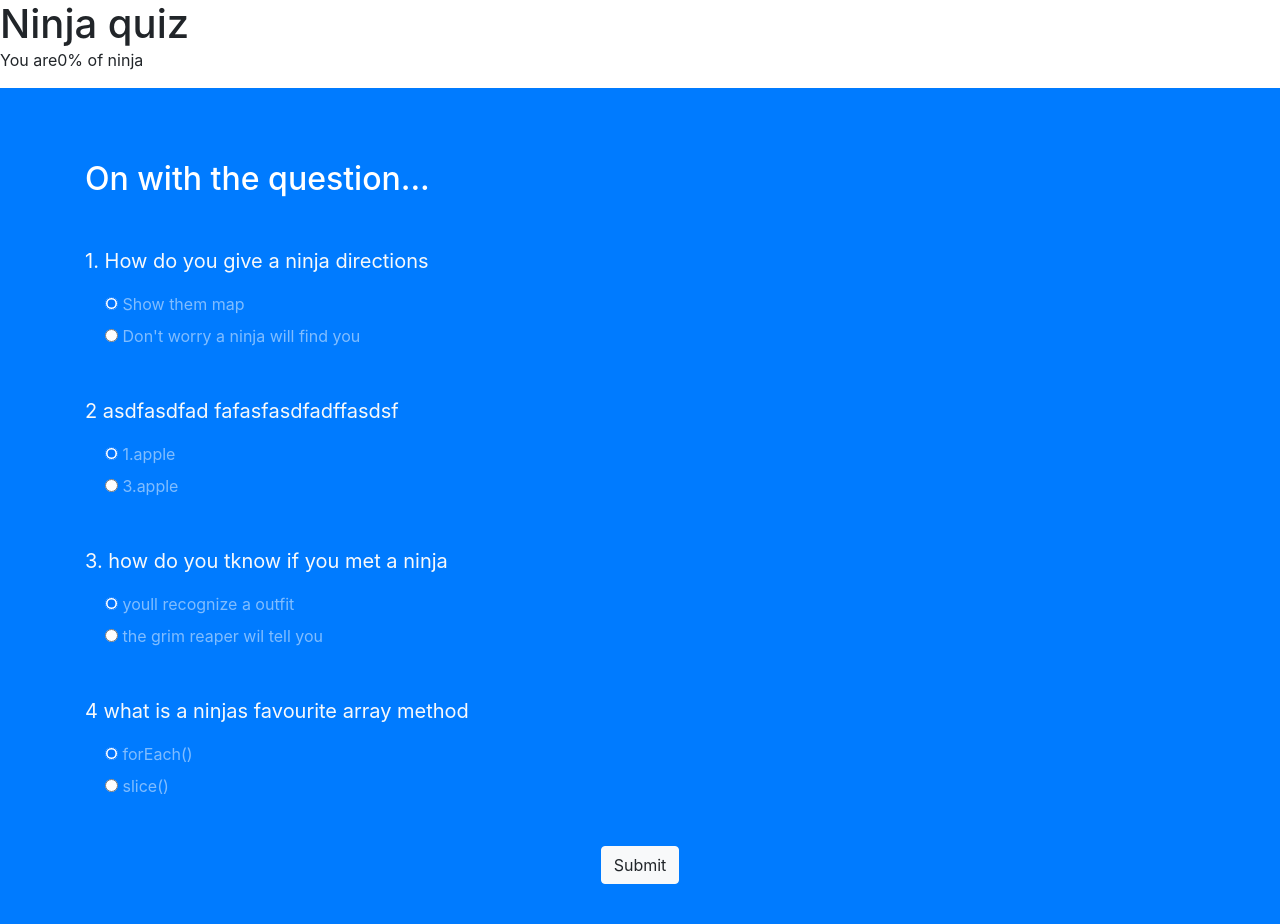
Repository: ajgors/config
Page: Nauka Js/Projekty/Quiz/index.html
An editor plug-in stored every save of this project. The page is shown before and after the next save, followed by the edit.
The browser window is 1280 px wide. The pictures show the whole page.

Above is the page before, as saved 2019-08-11 18:12:22.

### Nauka Js/Projekty/Quiz/index.html
<!DOCTYPE html>
<html lang="en">

<head>
    <meta charset="UTF-8">
    <meta name="viewport" content="width=device-width, initial-scale=1.0">
    <meta http-equiv="X-UA-Compatible" content="ie=edge">
    <title>Document</title>
    <link rel="stylesheet" href="https://stackpath.bootstrapcdn.com/bootstrap/4.3.1/css/bootstrap.min.css"
        integrity="sha384-ggOyR0iXCbMQv3Xipma34MD+dH/1fQ784/j6cY/iJTQUOhcWr7x9JvoRxT2MZw1T" crossorigin="anonymous">
        <link rel="stylesheet" href="css.css">
</head>

<body>
    <!-- Header -->
    <!-- <div class="intro py-3 bg-white text-center">
        <div class="container">
            <h2 class="text-primary display-3 my-4">Ninja Quiz</h2>
        </div>
    </div> -->

    <header class="header">
        <h1 class="header__title">Ninja quiz</h1>
    </header>

    <!-- Result -->
    <!-- <div class="result py-4 d-none bg-light text-center">
        <div class="container lead">
            <p>You are <span class="text-primary display-4 p-3">0%</span>Ninja</p>
        </div>
    </div> -->

    <div class="result">
        <p>You are<span>0%</span> of ninja</p>
    </div>

    <!-- Form -->
    <div class="quiz py-4 bg-primary">
        <div class="container">
            <h2 class="my-5 text-white">On with the question...</h2>
            <form action="" class="quiz-form text-light">
                <div class="my-5">
                    <p class="lead font-weight-normal">1. How do you give a ninja directions</p>
                    <div class="form-check my-2 text-white-50">
                        <input type="radio" name='q1' value='A' checked>
                        <label for="" class="form-check-label">Show them map</label>
                    </div>
                    <div class="form-check my-2 text-white-50">
                        <input type="radio" name='q1' value='B'>
                        <label for="" class="form-check-label">Don't worry a ninja will find you</label>
                    </div>
                </div>
                <div class="my-5">
                    <p class="lead font-weight-normal">2 asdfasdfad fafasfasdfadffasdsf</p>
                    <div class="form-check my-2 text-white-50">
                        <input type="radio" name='q2' value='A' checked>
                        <label for="" class="form-check-label">1.apple</label>
                    </div>
                    <div class="form-check my-2 text-white-50">
                        <input type="radio" name='q2' value='B'>
                        <label for="" class="form-check-label">3.apple</label>
                    </div>
                </div>
                <div class="my-5">
                    <p class="lead font-weight-normal">3. how do you tknow if you met a ninja</p>
                    <div class="form-check my-2 text-white-50">
                        <input type="radio" name='q3' value='A' checked>
                        <label for="" class="form-check-label">youll recognize a outfit</label>
                    </div>
                    <div class="form-check my-2 text-white-50">
                        <input type="radio" name='q3' value='B'>
                        <label for="" class="form-check-label">the grim reaper wil tell you</label>
                    </div>
                </div>
                <div class="my-5">
                    <p class="lead font-weight-normal">4 what is a ninjas favourite array method</p>
                    <div class="form-check my-2 text-white-50">
                        <input type="radio" name='q4' value='A' checked>
                        <label for="" class="form-check-label">forEach()</label>
                    </div>
                    <div class="form-check my-2 text-white-50">
                        <input type="radio" name='q4' value='B'>
                        <label for="" class="form-check-label">slice()</label>
                    </div>
                </div>
                <div class="text-center">
                    <input type="submit" class='btn btn-light'>
                </div>
            </form>
        </div>


        <div class="xd">
            <p class="xd"></p>
        </div>
    </div>

    <script src="js.js"></script>
</body>

</html>

### Nauka Js/Projekty/Quiz/css.css
.header__title{
    margin: auto auto;
}

### Nauka Js/Projekty/Quiz/js.js




const form = document.querySelector('.quiz-form');
const result = document.querySelector('.result');
const correctAnswers = ['B','B','B','B'];
const spanResult = document.querySelector('span');

form.addEventListener('submit', e=>{
    e.preventDefault();

    //check answer
    let score = 0;
    const userAnswers = [form.q1.value, form.q2.value, form.q3.value, form.q4.value];

    userAnswers.forEach((answer, index) =>{
        if(answer === correctAnswers[index]){
            score += 25;
        }
    });

    scrollTo(0,0)
    result.classList.remove('d-none');
    // spanResult.textContent = `${score}%`

    let output = 0;
    const timer = setInterval(()=>{
        spanResult.textContent = `${output}%`
        if(output === score){
            clearInterval(timer);
        } else {
            output++;
        }
    })


})

After the next save:
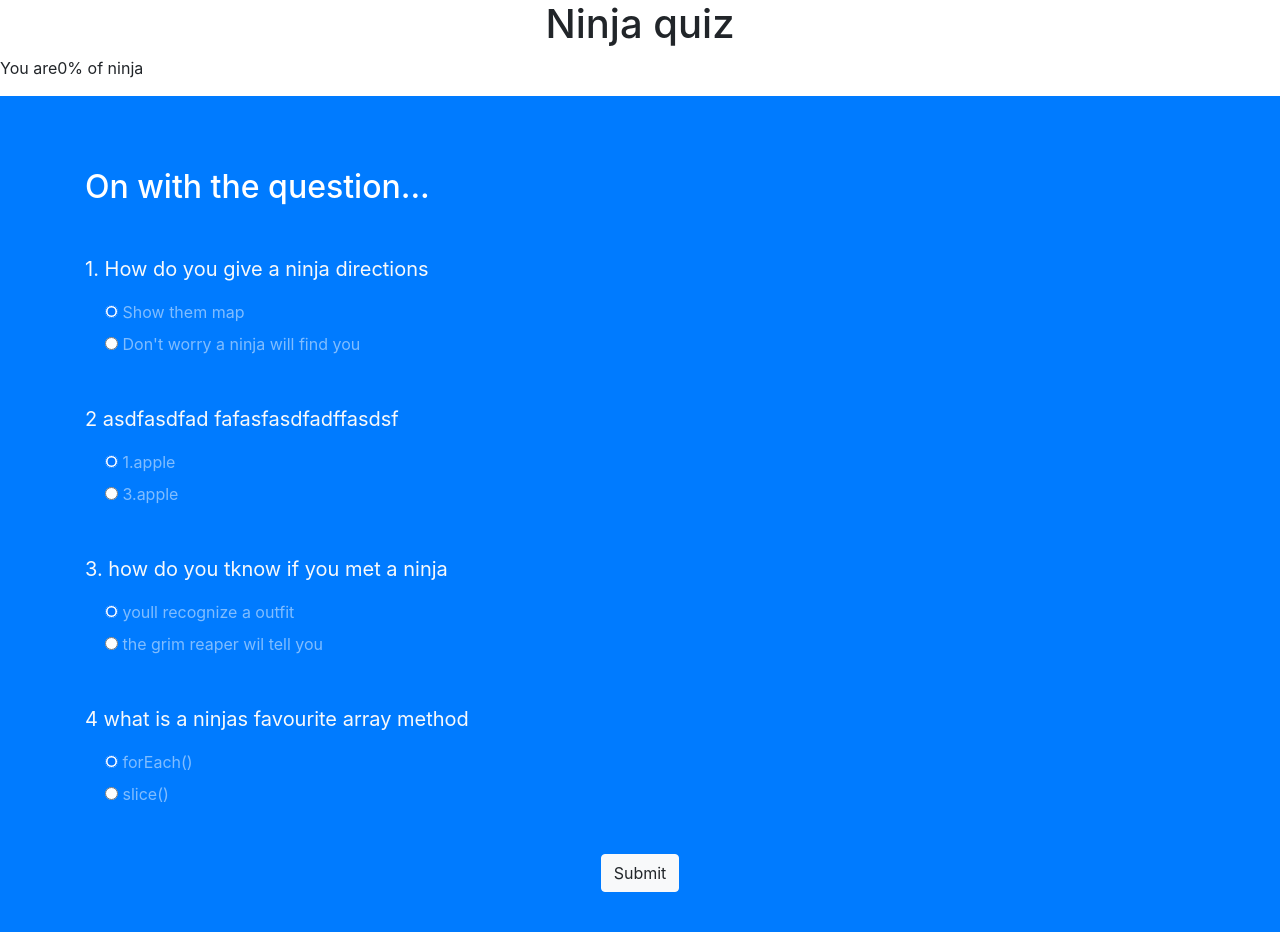
Saved 28 s later.
--- a/Nauka Js/Projekty/Quiz/css.css
+++ b/Nauka Js/Projekty/Quiz/css.css
@@ -1,3 +1,3 @@
 .header__title{
-    margin: auto auto;
+    text-align: center;
 }
